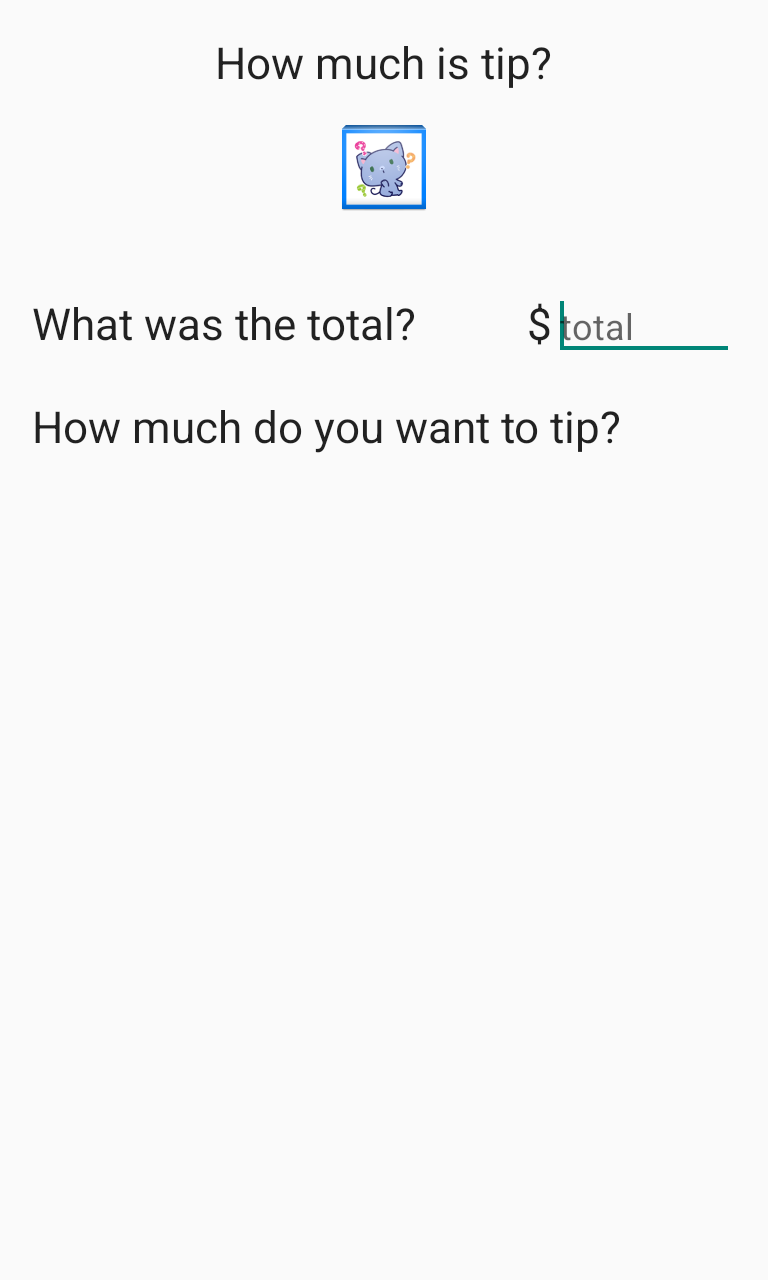
Repository: any027/BillHelper
Layout: BillHelper/res/layout/how_much_tip.xml
These files come from the project's save history. The layout is drawn as it stood at one moment and after the next save; the edit follows.
It is drawn on a 768 x 1280 px phone screen (xhdpi) without system bars, with theme AppTheme; the app's code is not run.

Above is the layout before, as saved 2015-06-29 08:40:56.

### BillHelper/res/layout/how_much_tip.xml

<RelativeLayout xmlns:android="http://schemas.android.com/apk/res/android"
    xmlns:tools="http://schemas.android.com/tools"
    android:layout_width="match_parent"
    android:layout_height="match_parent"
    android:paddingBottom="@dimen/activity_vertical_margin"
    android:paddingLeft="@dimen/activity_horizontal_margin"
    android:paddingRight="@dimen/activity_horizontal_margin"
    android:paddingTop="@dimen/activity_vertical_margin"
    tools:context="com.example.billhelper.MainActivity$PlaceholderFragment" >

    <TextView
        android:id="@+id/howMuchTitle"
        android:layout_width="wrap_content"
        android:layout_height="wrap_content"
        android:layout_centerHorizontal="true"
        android:text="@string/do_i_tip"
        android:textAppearance="?android:attr/textAppearanceLarge" />

    <ImageView
        android:id="@+id/how_much_pic"
        android:layout_width="wrap_content"
        android:layout_height="wrap_content"
        android:layout_below="@+id/howMuchTitle"
        android:layout_centerHorizontal="true"
        android:layout_marginTop="14dp"
        android:src="@drawable/how_much_tip" />

    <EditText
        android:id="@+id/how_much_total"
        android:layout_width="wrap_content"
        android:layout_height="wrap_content"
        android:layout_below="@+id/how_much_pic"
        android:layout_marginTop="33dp"
        android:layout_toRightOf="@+id/howMuchTitle"
        android:ems="10"
        android:hint="total"
        android:inputType="numberDecimal" >

        <requestFocus />
    </EditText>

    <TextView
        android:id="@+id/textView1"
        android:layout_width="wrap_content"
        android:layout_height="wrap_content"
        android:layout_alignBaseline="@+id/how_much_total"
        android:layout_alignBottom="@+id/how_much_total"
        android:layout_toLeftOf="@+id/how_much_total"
        android:text="$"
        android:textAppearance="?android:attr/textAppearanceLarge" />

    <TextView
        android:id="@+id/billQuestion"
        android:layout_width="wrap_content"
        android:layout_height="wrap_content"
        android:layout_alignBaseline="@+id/textView1"
        android:layout_alignBottom="@+id/textView1"
        android:layout_alignParentLeft="true"
        android:text="@string/bill_total"
        android:textAppearance="?android:attr/textAppearanceLarge" />

    <TextView
        android:id="@+id/textView2"
        android:layout_width="wrap_content"
        android:layout_height="wrap_content"
        android:layout_alignLeft="@+id/billQuestion"
        android:layout_below="@+id/how_much_total"
        android:layout_marginTop="16dp"
        android:text="@string/percent_tip"
        android:textAppearance="?android:attr/textAppearanceLarge" />

</RelativeLayout>

### BillHelper/res/values/strings.xml
<?xml version="1.0" encoding="utf-8"?>
<resources>

    <string name="app_name">Bill helper</string>
    <string name="title_section1">Home Screen</string>
    <string name="title_section2">How much do I tip?</string>
    <string name="title_section3">How much did I tip?</string>
    <string name="title_section4">I want to split the Bill</string>
    <string name="navigation_drawer_open">Open navigation drawer</string>
    <string name="navigation_drawer_close">Close navigation drawer</string>
    <string name="action_example">Example action</string>
    <string name="action_settings">Settings</string>
    <string name="welcome">Welcome to Bill Helper!</string>
    <string name="welcome_question">What do you need help with?</string>
    <string name="did_i_tip">How much did I tip?</string>
    <string name="do_i_tip">How much is tip?</string>
    <string name="splitting">I want to split the bill</string>
    <string name="bill_total">What was the total?</string>
    <string name="percent_tip">How much do you want to tip?</string>

</resources>

Loaded but not shown: BillHelper/res/values/styles.xml (common file); BillHelper/res/values-v11/styles.xml (common file); BillHelper/res/values-v14/styles.xml (common file); BillHelper/res/values/dimens.xml (common file); BillHelper/res/values-w820dp/dimens.xml (common file)

After the next save:
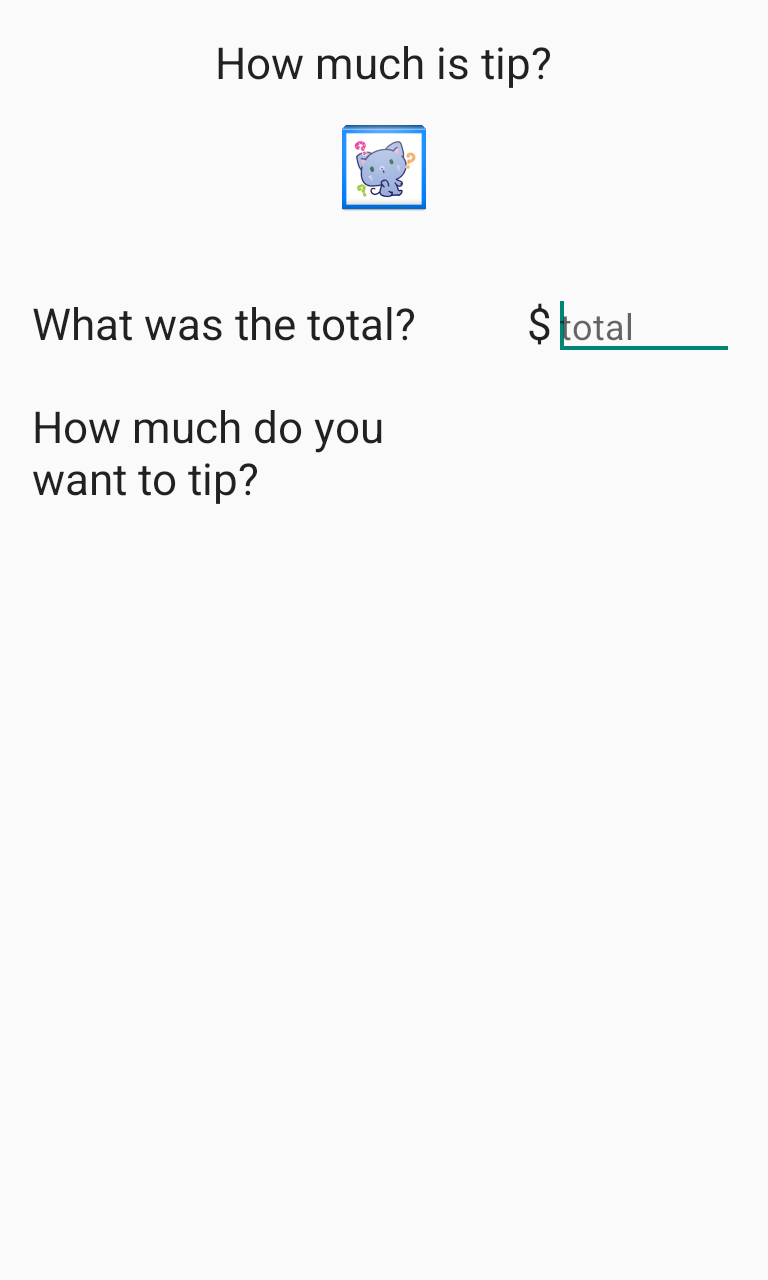
Saved 8 s later.
--- a/BillHelper/res/layout/how_much_tip.xml
+++ b/BillHelper/res/layout/how_much_tip.xml
@@ -65,6 +65,7 @@
         android:layout_width="wrap_content"
         android:layout_height="wrap_content"
         android:layout_alignLeft="@+id/billQuestion"
+        android:layout_alignRight="@+id/billQuestion"
         android:layout_below="@+id/how_much_total"
         android:layout_marginTop="16dp"
         android:text="@string/percent_tip"
